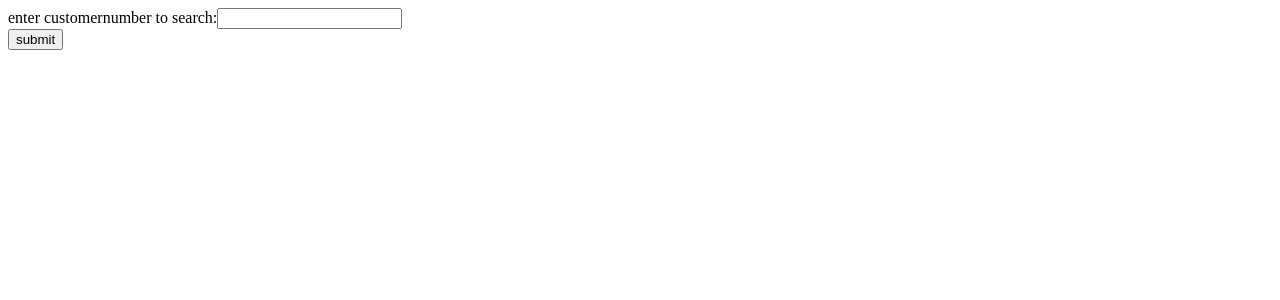
Repository: venkatasuryarameshbabu/palmetopractice
Page: jspExamples/WebContent/search.html
The author's editor kept a copy of each file at every save. The page is drawn from the files as they stood at one save, then again after the next save.
The browser window is 1280 px wide. The pictures show the whole page.

Above is the page before, as saved 2020-02-10 11:52:34.

### jspExamples/WebContent/search.html
<!DOCTYPE html>
<html>
<head>
<meta charset="ISO-8859-1">
<title>Insert title here</title>
</head>
<body>
enter customernumber to search:<input type="text" name="id"/></br>
<input type="submit" value="submit"/></br>
</body>
</html>

After the next save:
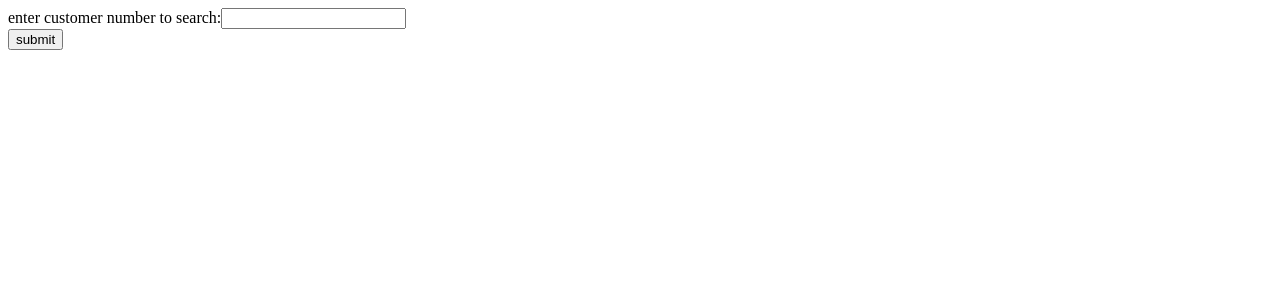
Saved 5 min 50 s later.
--- a/jspExamples/WebContent/search.html
+++ b/jspExamples/WebContent/search.html
@@ -5,7 +5,9 @@
 <title>Insert title here</title>
 </head>
 <body>
-enter customernumber to search:<input type="text" name="id"/></br>
+<form action="search.jsp">
+enter customer number to search:<input type="text" name="id"/></br>
 <input type="submit" value="submit"/></br>
+</form>
 </body>
 </html>
